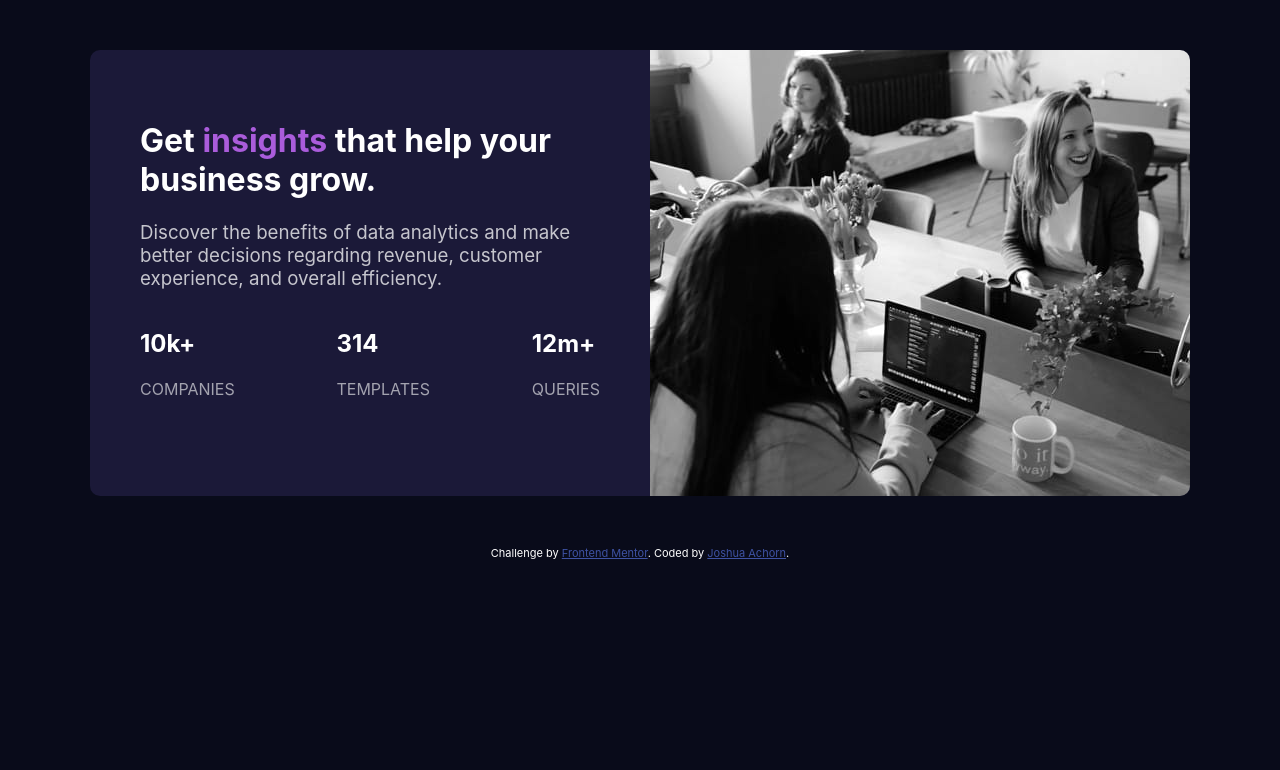
Repository: Achorn/stats-preview-card
Page: index.html
The author's editor kept a copy of each file at every save. The page is drawn from the files as they stood at one save, then again after the next save.
The browser window is 1280 px wide. The pictures show the whole page.
Some web fonts or font styles are not loaded; a fallback is used.

Above is the page before, as saved 2021-06-17 10:35:03.

After the next save:
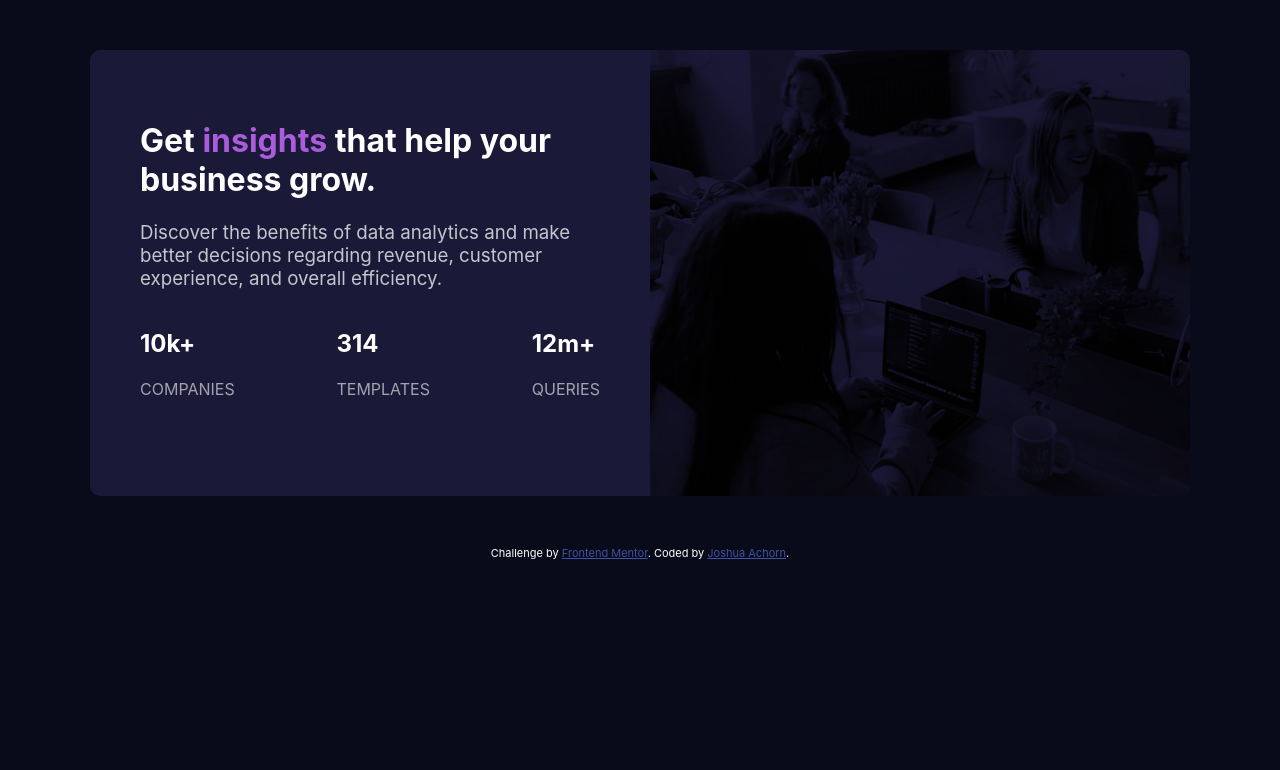
Saved 7 s later.
--- a/styles.css
+++ b/styles.css
@@ -43,11 +43,11 @@ body {
 }
 img {
   display: block;
-  background: hsl(277, 64%, 61%);
+
   width: auto;
   height: 100%;
   /* opacity: 0.9; */
-  /* mix-blend-mode: multiply; */
+  mix-blend-mode: multiply;
 }
 
 @media screen and (max-width: 1000px) {
